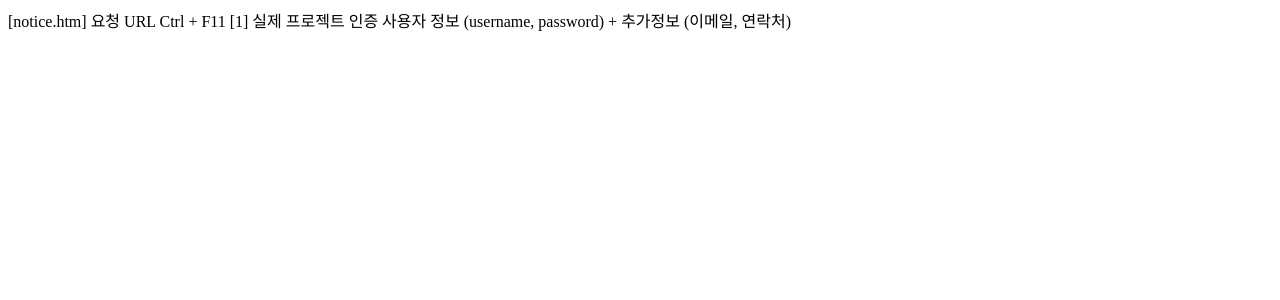
Repository: Vida0822/-
Page: SL11_SECURITY3_USERDETAILSSERVICE/src/main/webapp/customer/notice.htm
The author's editor kept a copy of each file at every save. The page is drawn from the files as they stood at one save, then again after the next save.
The browser window is 1280 px wide. The pictures show the whole page.

Above is the page before, as saved 2023-07-05 02:05:28.

### SL11_SECURITY3_USERDETAILSSERVICE/src/main/webapp/customer/notice.htm
[notice.htm] 요청 URL
Ctrl + F11

[1] 실제 프로젝트
	인증 사용자 정보 (username, password)
	+ 추가정보 (이메일, 연락처)

After the next save:
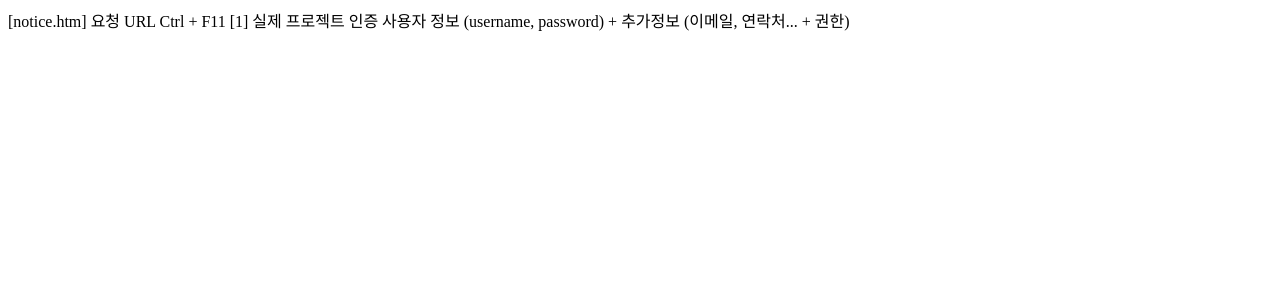
Saved 7 s later.
--- a/SL11_SECURITY3_USERDETAILSSERVICE/src/main/webapp/customer/notice.htm
+++ b/SL11_SECURITY3_USERDETAILSSERVICE/src/main/webapp/customer/notice.htm
@@ -3,4 +3,4 @@ Ctrl + F11
 
 [1] 실제 프로젝트
 	인증 사용자 정보 (username, password)
-	+ 추가정보 (이메일, 연락처)
+	+ 추가정보 (이메일, 연락처... + 권한)
